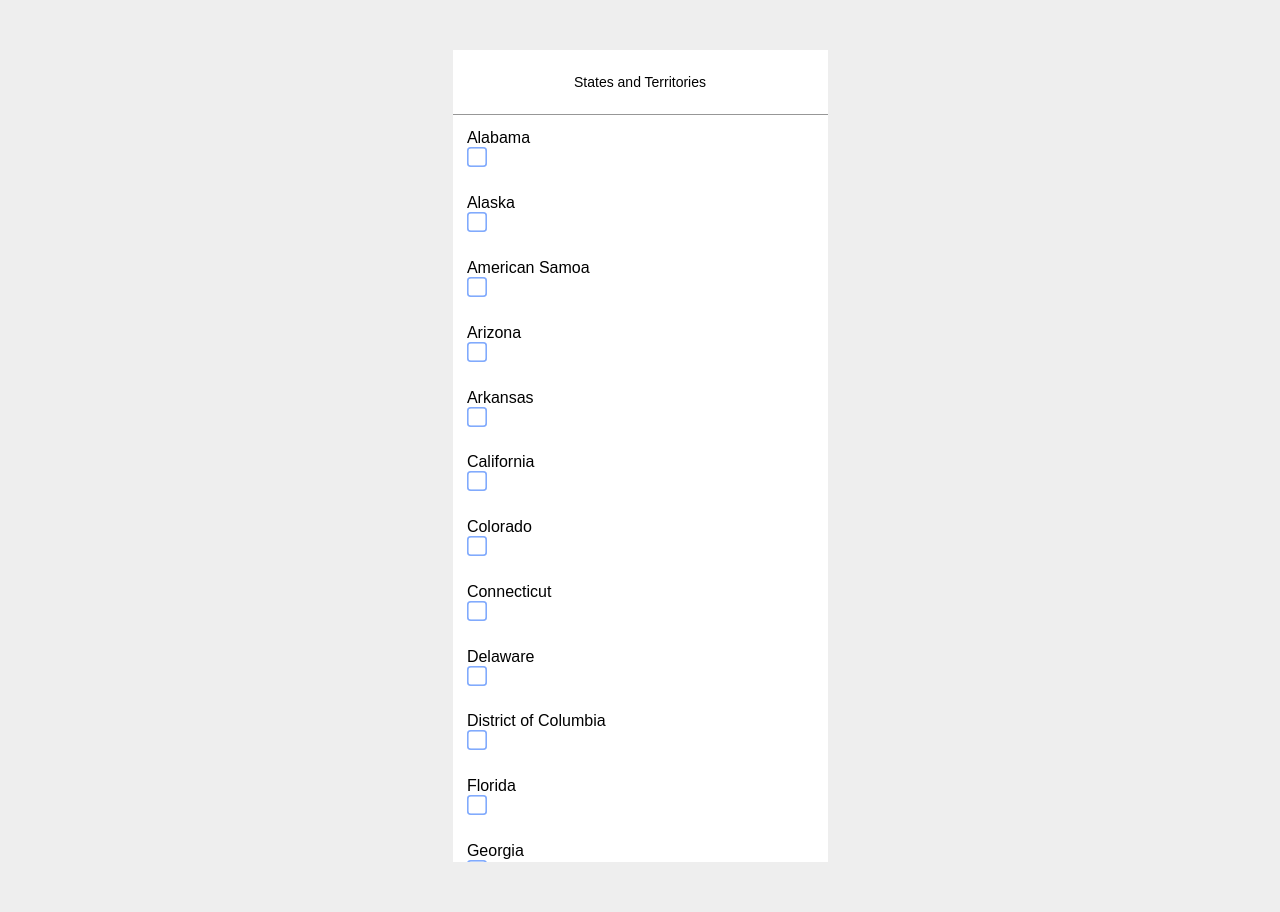
Repository: zitac234/codingTest
Page: /
These files come from the project's save history. The page is drawn as it stood at one moment and after the next save; the edit follows.
The browser window is 1280 px wide. The pictures show the whole page.
The project was rebuilt for these pictures with package versions that can differ from the ones it lists, and the page was loaded fresh each time.

Above is the page before, as saved 2021-03-31 15:09:10.

After the next save:
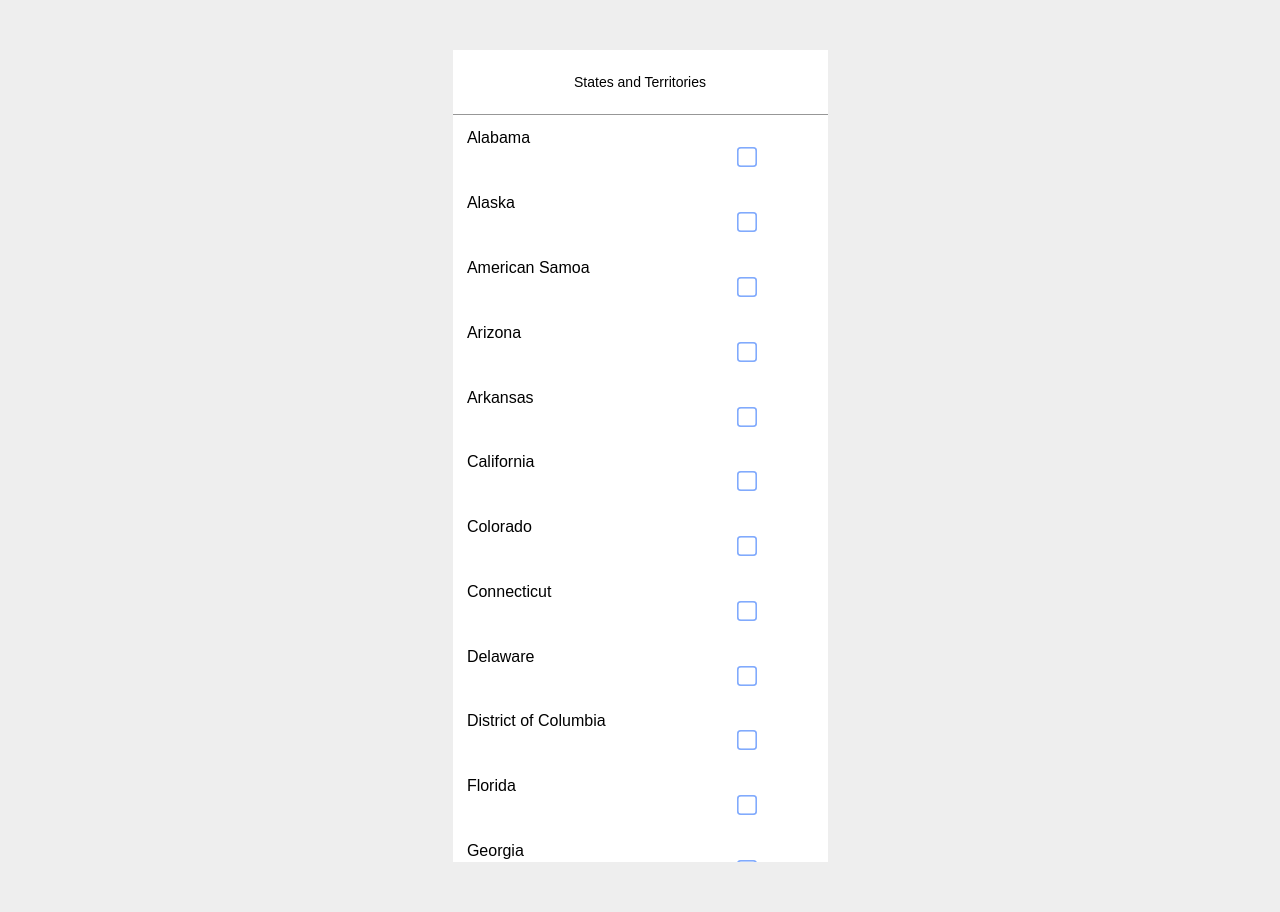
Saved 6 s later.
--- a/src/List.css
+++ b/src/List.css
@@ -7,5 +7,5 @@
   margin: 2vh 0vh  0vh 2vh;
 }
 .checkbox{
-  margin-left: ;
+  margin-left: 75%;
 }
